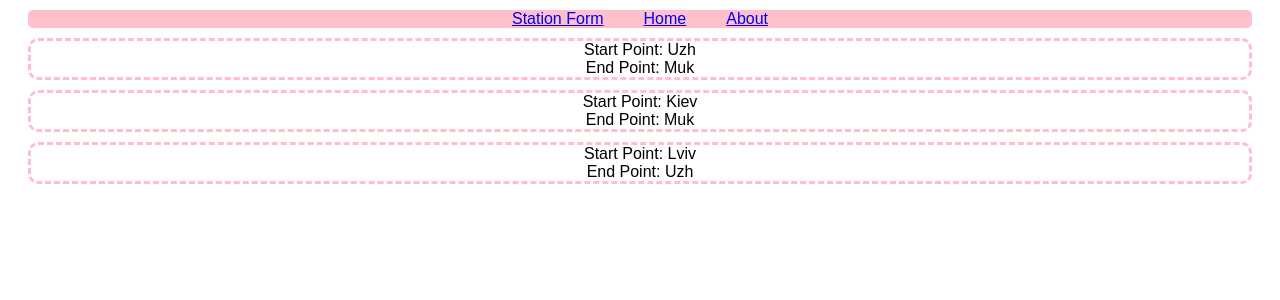
Repository: rutsguifd/mkr2
Page: /#/station-form
An editor plug-in stored every save of this project. The page is shown before and after the next save, followed by the edit.
The browser window is 1280 px wide. The pictures show the whole page.
The project was rebuilt for these pictures with package versions that can differ from the ones it lists, and the page was loaded fresh each time. Also part of the build but not shown: src/views/Home.vue, src/views/About.vue.

Above is the page before, as saved 2021-12-21 19:56:44.

### src/App.vue
<template>
  <div>
    <router-view />
  </div>
</template>

<script>
  export default {

  }
</script>

<style lang="scss" scoped>

</style>

### src/router/index.js
import { createRouter, createWebHashHistory } from 'vue-router'
import Home from '../views/Home.vue'
import About from '../views/About.vue'
import StationForm from '../views/StationForm.vue'


const routes = [
  {
    path: '/',
    name: 'Home',
    component: Home
  },
  {
    path: '/about',
    name: 'About',
    component: About
  },
  {
    path: '/station-form',
    name: 'StationForm',
    component: StationForm
  }
]

const router = createRouter({
  history: createWebHashHistory(),
  routes
})

export default router

### src/store/index.js
import { createStore } from 'vuex'

export default createStore({
  state: {
    tripInfo: [
      {
        tripStart: "Uzh",
        tripEnd: "Muk",
        tripDuration: "1 hour",
        tripPrice: "500",
        vehicle: "Bus"
      },
      {
        tripStart: "Kiev",
        tripEnd: "Muk",
        tripDuration: "2 hours",
        tripPrice: "1000",
        vehicle: "Train"
      },
      {
        tripStart: "Lviv",
        tripEnd: "Uzh",
        tripDuration: "1.5 hours",
        tripPrice: "500",
        vehicle: "Bus"
      }
    ]
  },
  mutations: {
  },
  actions: {
  },
  getters: {
    AllTrips(state) {
      return state.tripInfo
    }
  }
})

### src/views/StationForm.vue
<template>
    <div>
        <Header />
        <trip-card v-for="(trip, ind) in AllTrips" :key="ind" :trip="trip"/>
    </div>
</template>

<script>
import {mapGetters} from 'vuex'
import Header from '../components/Header.vue'
import TripCard from "../components/TripCard.vue"
    export default {
        name: "StationForm",
        components: {
            TripCard,
            Header
        },
        computed: mapGetters(['AllTrips'])
    }
</script>

<style lang="scss" scoped>
* {
  margin: 0;
  padding: 0;
  box-sizing: border-box;
  font-family: "Fira Sans", sans-serif;
}
</style>

### src/components/Header.vue
<template>
  <div class="header">
    <span><router-link to="/station-form">Station Form</router-link></span>
    <span><router-link to="/">Home</router-link></span>
    <span><router-link to="/about">About</router-link></span>
  </div>
</template>

<script>
export default {};
</script>

<style lang="scss" scoped>
.header{
    text-align: center;
    margin: 10px 20px;
    background: pink;
    border-radius: 5px;
    span{
        margin: 0px 20px;
    }
}
</style>

### src/components/TripCard.vue
<template>
    <div class="card">
        <div>Start Point: {{trip.tripStart}}</div>
        <div>End Point: {{trip.tripEnd}}</div>

    </div>
</template>

<script>
    export default {
        name: "TripCard",
        props: ["trip"]
    }
</script>

<style lang="scss" scoped>
.card{
    text-align: center;
    margin: 10px 20px;
    border: 3px dashed pink;
    border-radius: 10px;
}
</style>

Loaded but not shown: public/index.html (common file); src/main.js (common file)

After the next save:
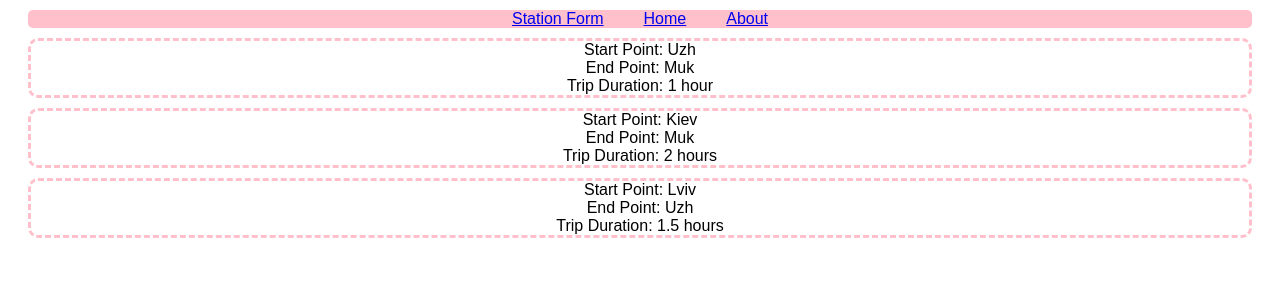
Saved 55 s later.
--- a/src/components/TripCard.vue
+++ b/src/components/TripCard.vue
@@ -2,7 +2,7 @@
     <div class="card">
         <div>Start Point: {{trip.tripStart}}</div>
         <div>End Point: {{trip.tripEnd}}</div>
-
+        <div>Trip Duration: {{trip.tripDuration}}</div>
     </div>
 </template>
 
